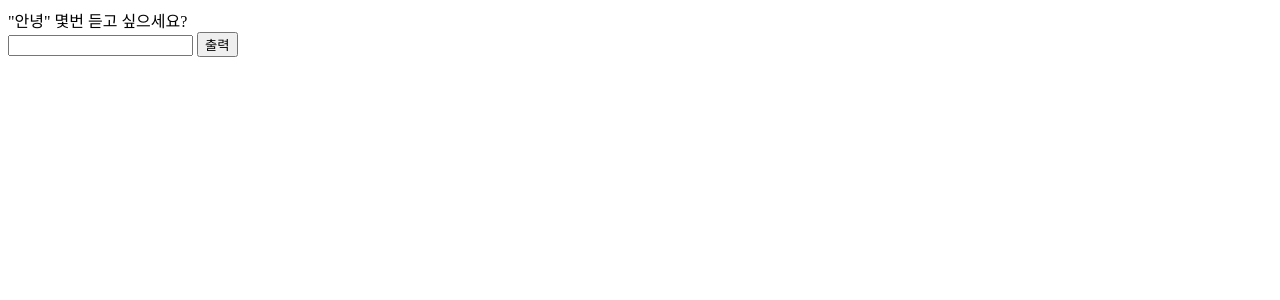
Repository: kwondam/servlet
Page: workspace/JSPPrj/WebContent/reg.html
The author's editor kept a copy of each file at every save. The page is drawn from the files as they stood at one save, then again after the next save.
The browser window is 1280 px wide. The pictures show the whole page.

Above is the page before, as saved 2020-03-24 14:49:44.

### workspace/JSPPrj/WebContent/reg.html
<!DOCTYPE html>
<html>
<head>
<meta charset="UTF-8">
<title>Insert title here</title>
</head>
<body>
	<div>
		<form action="notice=reg">
			<div>
				<label> "안녕" 몇번 듣고 싶으세요?</label>
			</div>
			<div>
				<input type="text" name="cnt" />
				<input type="submit" value="출력" />
			</div>
		</form>
	</div>
</body>
</html>

After the next save:
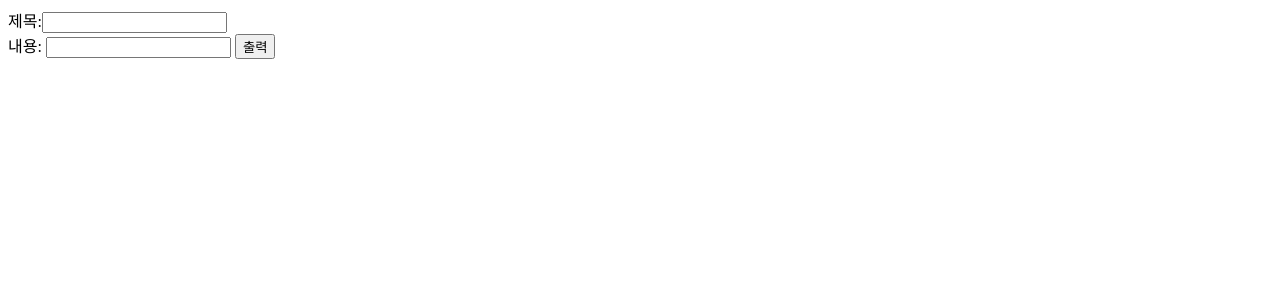
Saved 37 s later.
--- a/workspace/JSPPrj/WebContent/reg.html
+++ b/workspace/JSPPrj/WebContent/reg.html
@@ -8,9 +8,10 @@
 	<div>
 		<form action="notice=reg">
 			<div>
-				<label> "안녕" 몇번 듣고 싶으세요?</label>
+				<label>제목:</label><input type="text" />
 			</div>
 			<div>
+				<lable> 내용:</lable>
 				<input type="text" name="cnt" />
 				<input type="submit" value="출력" />
 			</div>
